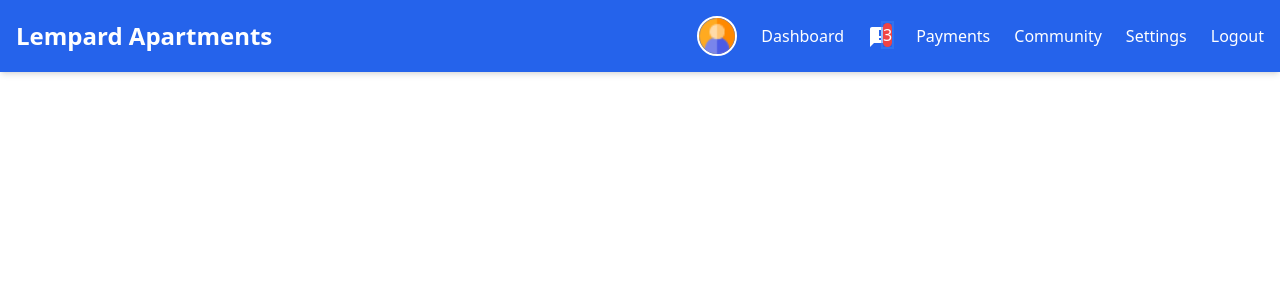
Repository: makanda596/system
Page: /home (app in client/)
The author's editor kept a copy of each file at every save. The page is drawn from the files as they stood at one save, then again after the next save.
The browser window is 1280 px wide. The pictures show the whole page.
The project was rebuilt for these pictures with package versions that can differ from the ones it lists, and the page was loaded fresh each time. Also part of the build but not shown: client/src/SignUpForm.jsx, client/src/LoginForm.jsx. Imported but missing from the stored project, and not drawn on this page: client/src/reportWebVitals.

Above is the page before, as saved 2024-12-03 09:33:05.

After the next save:
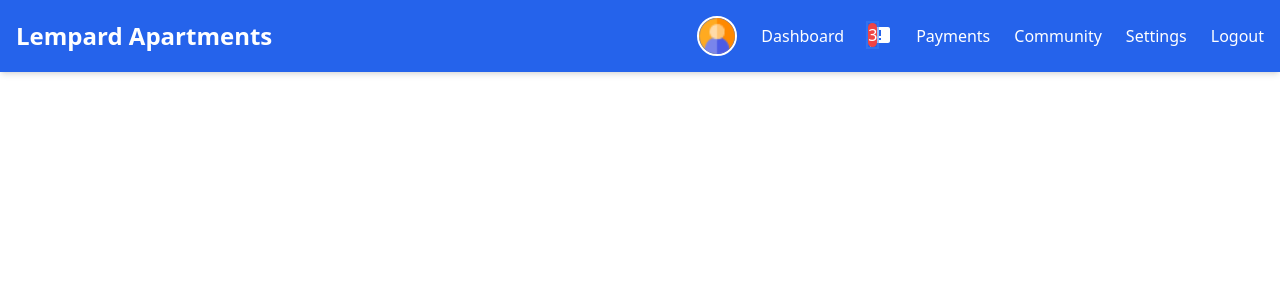
Saved 10 s later.
--- a/client/src/componets/Navbar.jsx
+++ b/client/src/componets/Navbar.jsx
@@ -29,7 +29,7 @@ function Navbar() {
                     {/* Dashboard Link */}
                     <Link to="/dashboard" className="hover:text-blue-300">Dashboard</Link>
                     <div className="relative">
-                        <span className="absolute top-0 right-0 inline-block   ring-2 ">
+                        <span className="absolute top-0 left-0 inline-block   ring-2 ">
                             {alert > 0 ? <p className='bg-red-500 rounded-full w-4.5 h-4.5'>{alert} </p> : <p className='bg-green-500 ring-green'>0</p>}
                         </span>
                         <AnnouncementIcon />
